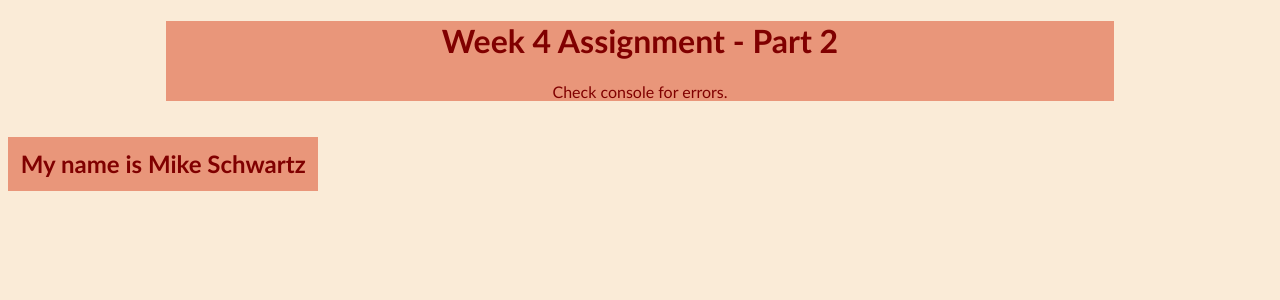
Repository: Ellusionism/prime-pw-week-4-assignment-part-2
Page: assignment/index.html
These files come from the project's save history. The page is drawn as it stood at one moment and after a run of saves; the edit follows.
The browser window is 1280 px wide. The pictures show the whole page.

Above is the page before, as saved 2022-11-16 17:59:01.

### assignment/index.html
<!DOCTYPE html>
<meta name="viewport" content="width=device-width">
<html lang="en-US">
  <head>
    <meta charset="utf-8">
    <title>Week 4 Assignment</title>
    <link rel="stylesheet" href="stylesheet.css">
    <!-- Create and CSS file -->
  </head>
  <body>
    <header class="homepageHeader">
      <h1>Week 4 Assignment - Part 2</h1>
      <p>Check console for errors.</p>
  </header>
  <div>
    <h2 class="info"> My name is Mike Schwartz </h2>
  </div>
  </body>
</html>

### assignment/stylesheet.css
body {
 font-family:'Trebuchet MS', 'Lucida Sans Unicode', 'Lucida Grande', 'Lucida Sans', Arial, sans-serif;
 background-color:antiquewhite;
}

.homepageHeader {
 background-color:darksalmon;
 text-align: center;
 width: 75%;
 display: block;
 margin: auto;
 color: maroon;
}

.info {
 background-color:darksalmon;
 text-align: center;
 padding: 1%;
 display: inline-flex;
 color: maroon;
}

After the next 3 saves:
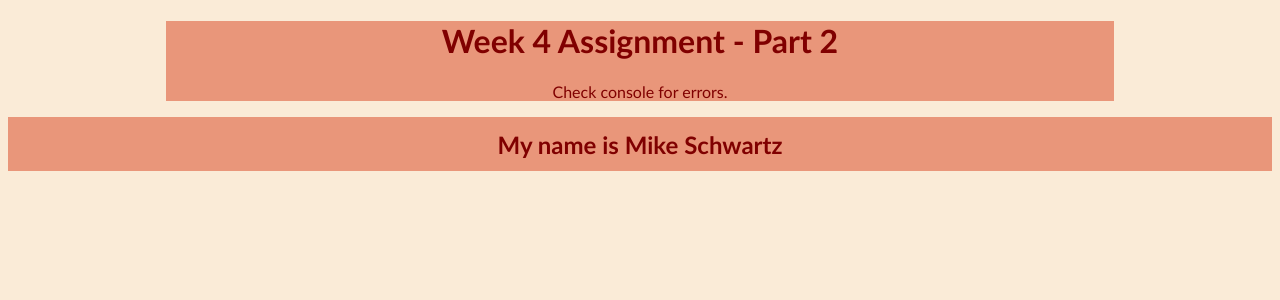
The 3 saves are shown as one change because they came seconds apart.
The last was saved 14 s later.
--- a/assignment/stylesheet.css
+++ b/assignment/stylesheet.css
@@ -16,6 +16,7 @@ body {
  background-color:darksalmon;
  text-align: center;
  padding: 1%;
- display: inline-flex;
+ display: block;
+ margin: auto;
  color: maroon;
 }
